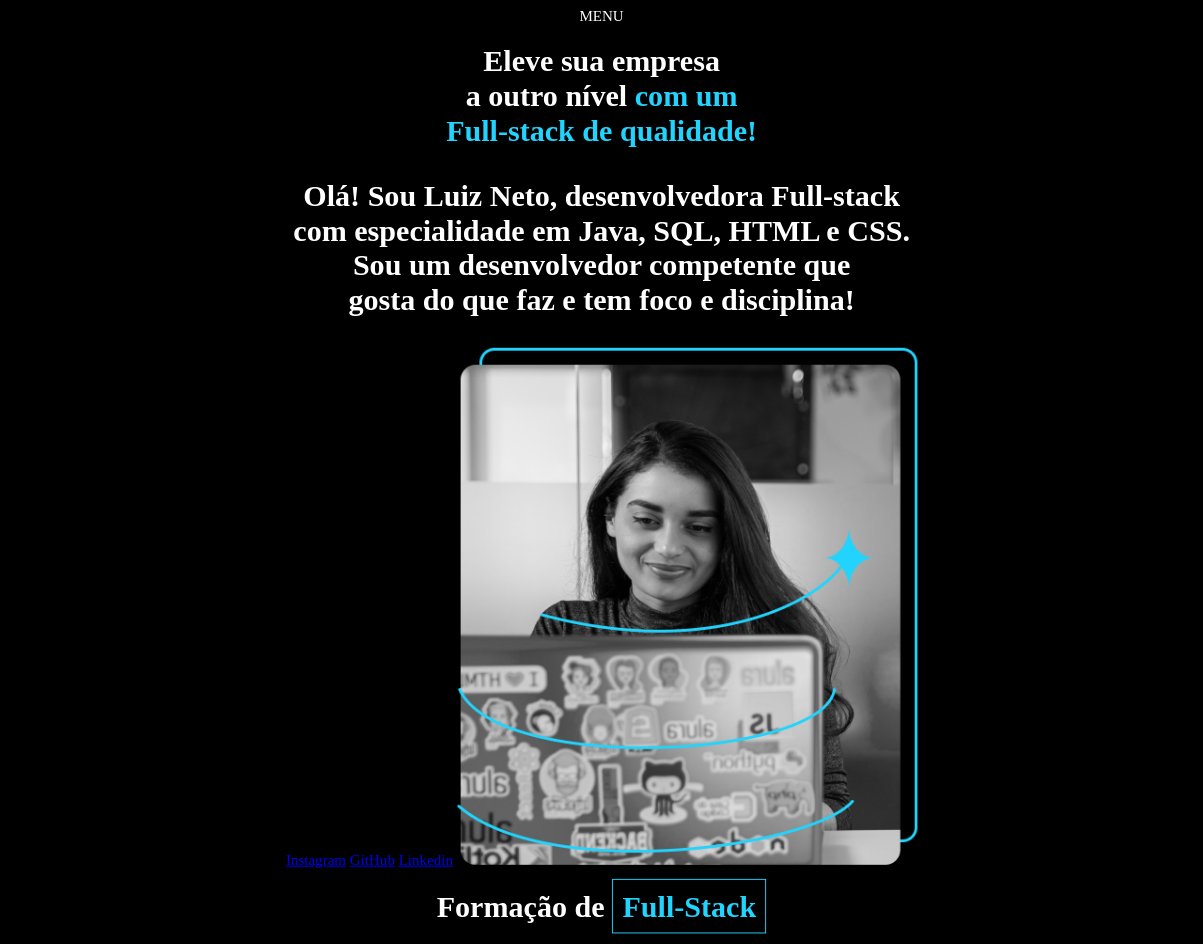
Repository: luiz123098/Sobre-mim-em-HTM-CSS
Page: htmlcss.html
These files come from the project's save history. The page is drawn as it stood at one moment and after the next save; the edit follows.
The browser window is 1280 px wide. The pictures show the whole page, at 94% of full size.

Above is the page before, as saved 2023-03-08 13:48:06.

After the next save:
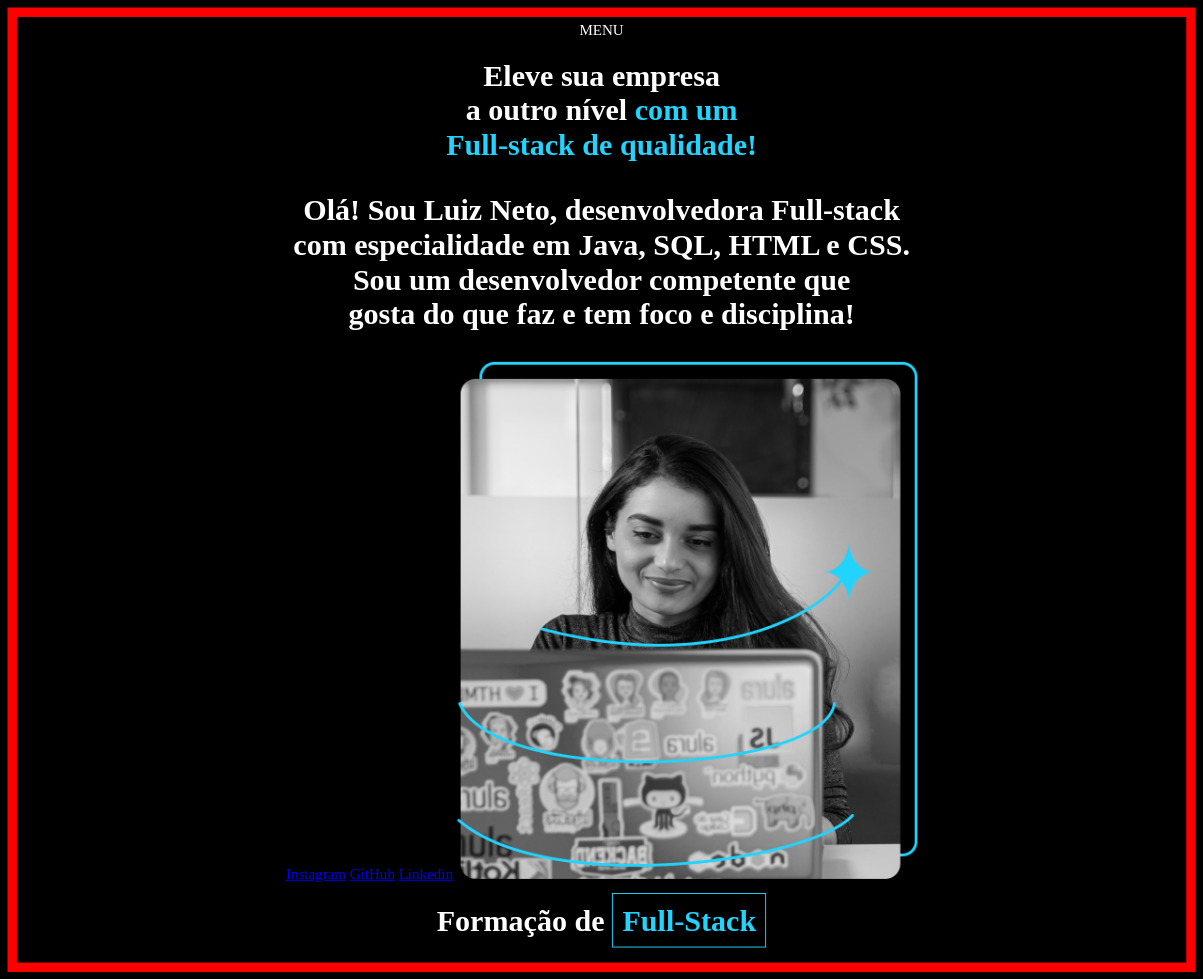
Saved 10 min 44 s later.
--- a/style.Css
+++ b/style.Css
@@ -2,6 +2,8 @@
     background-color: black;
     color: white;
     text-align: center;
+    border:10px solid #f00;
+padding: 5px;
 }
 
 .texto_em_destaque{
